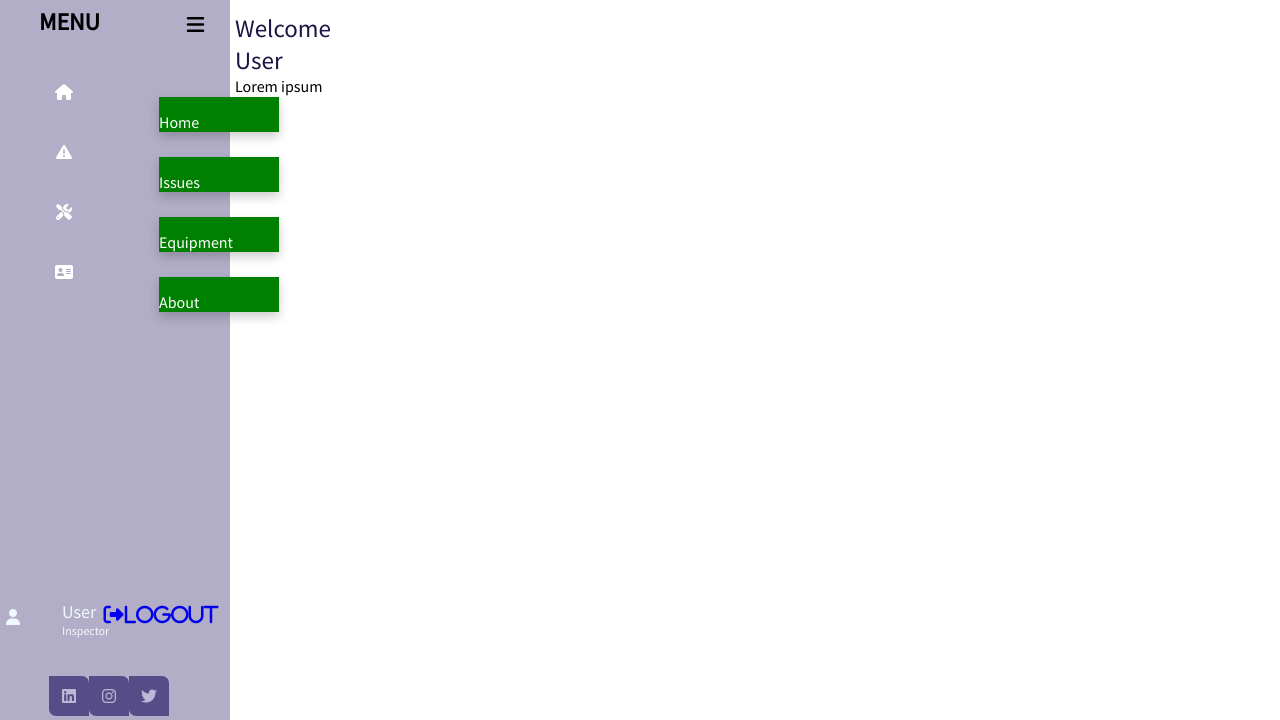
Repository: Lungdjos/ZescoIssueTS
Page: zits/src/main/resources/templates/about_us.html
An editor plug-in stored every save of this project. The page is shown before and after a run of saves, followed by the edit.
The browser window is 1280 px wide. The pictures show the whole page.
Some web libraries are served in a nearby version.

Above is the page before, as saved 2021-07-10 04:46:28.

### zits/src/main/resources/templates/about_us.html
<!DOCTYPE html>
<html lang="en">

<head>
    <meta charset="UTF-8">
    <meta http-equiv="X-UA-Compatible" content="IE=7">
    <meta name="viewport" content="width=device-width, initial-scale=1.0">
    <title>About Us Page</title>
    <link rel="stylesheet" href="/css/styles.css">

    <script src="https://kit.fontawesome.com/953cd41e6c.js" crossorigin="anonymous"></script>
</head>

<body>
    <div class="wrapper">
        <div class="sidebar">
            <div class="logo_content">
                <div class="logo">
                    <h2>Menu</h2>
                </div>
                <i class="fas fa-bars" id="btn"></i>
            </div>


            <ul class="nav_list">

                <li>
                    <a href="#"><i class="fas fa-home"></i><span class="links_name"> Home</span></a>
                </li>
                <li>
                    <a href="#"><i class="fas fa-exclamation-triangle"></i><span class="links_name"> Issues</span></a>
                </li>
                <li>
                    <a href="#"><i class="fas fa-tools"></i><span class="links_name"> Equipment</span></a>
                </li>
                <li>
                    <a href="#"><i class="fas fa-address-card"></i><span class="links_name"> About</span></a>
                </li>

                <div class="social_media">
                    <a href="#"><i class="fab fa-linkedin"></i></a>
                    <a href="#"><i class="fab fa-instagram"></i></a>
                    <a href="#"><i class="fab fa-twitter"></i></a>
                </div>
            </ul>
            <div class="profile_content">
                <div class="profile">
                    <div class="profile_details">
                        <i class="fas fa-user"></i>
                        <div class="role_title">
                            <div class="name">User</div>
                            <div class="role">Inspector</div>
                        </div>
                    </div>
                    <a href="#"><i class="fas fa-sign-out-alt" id="log_out">Logout</i></a>
                </div>
            </div>
            <div class="main_content">
                <div class="header">Welcome User</div>
                <div class="info">Lorem ipsum</div>
            </div>
        </div>
        <h2 style="color: black;">The About Page</h2>
    </div>





</body>

</html>

### zits/src/main/resources/templates/css/styles.css
@import url('https://fonts.googleapis.com/css2?family=Source+Sans+Pro&display=swap');
* {
    margin: 0;
    padding: 0;
    box-sizing: border-box;
    list-style: none;
    text-decoration: none;
    font-family: Source Sans Pro;
}

body {
    position: relative;
    min-height: 100vh;
    width: 100%;
    overflow: hidden;
}

.wrapper {}


/**Side Bar Props*/

.sidebar {
    position: fixed;
    top: 0;
    left: 0;
    height: 100%;
    width: 230px;
    background: #b3aec7;
    padding: 6px 14px;
}

.social_media {
    position: absolute;
    bottom: 4px;
    left: 50%;
    display: flex;
    transform: translateX(-55%);
}

.social_media a {
    display: block;
    width: 40px;
    background: #564c88;
    height: 40px;
    line-height: 40px;
    text-align: center;
    margin: 0, 5px;
    color: #bdb8d7;
    border-top-right-radius: 7px;
    border-bottom-left-radius: 7px;
}

.logo_content .logo {
    margin-right: 5px;
}

.sidebar h2 {
    text-transform: uppercase;
    margin-bottom: 30px;
    margin-left: 25px;
}

.sidebar #btn {
    position: absolute;
    color: #000;
    left: 85%;
    top: 5px;
    font-size: 20px;
    height: 40px;
    width: 40px;
    text-align: center;
    line-height: 40px;
    transform: translateX(-50%);
}

.sidebar ul {
    margin: 20px;
}

.sidebar ul li {
    position: relative;
    height: 60px;
    width: 110%;
    margin: 0 5px;
    list-style: none;
    line-height: 50px;
}

.sidebar ul li a {
    color: #fff;
    display: flex;
    align-items: center;
    text-decoration: none;
    transition: all 0.35s ease;
    border-radius: 12px;
}

.sidebar ul li a .links_name {
    position: absolute;
    height: 35px;
    width: 120px;
    left: 120px;
    background: green;
    box-shadow: 0 5px 10px rgba(0, 0, 0, 0.2);
    top: 50%;
    transform:
}

.sidebar ul li a:hover {
    color: green;
    background: orange;
}

.sidebar ul li a .fas {
    height: 50px;
    min-width: 50px;
    border-radius: 12px;
    line-height: 50px;
    text-align: center;
}

.sidebar .profile_content {
    position: absolute;
    color: aliceblue;
    left: 0;
    bottom: 80px;
    width: 100%;
}

.sidebar .profile_content .profile {
    position: relative;
    padding: 10px 6px;
    height: 50px;
}

.sidebar .profile_content .profile:hover {
    background: greenyellow;
    color: #000;
}

.sidebar .profile_content .profile .profile_details {
    display: flex;
    align-items: center;
}

.profile .profile_details .fas {
    height: 20px;
    width: 50px;
    object-fit: cover;
}

.profile .profile_details .role_title {
    margin-left: 6px;
}

.profile .profile_details .name {
    font-size: 18px;
    font-weight: 400;
}

.profile .profile_details .role {
    font-size: 12px;
    font-weight: 200;
}

.profile #log_out {
    position: absolute;
    left: 70%;
    bottom: 0.01em;
    transform: translateX(-50%);
    transform: rotateY('180');
    min-width: 50px;
    line-height: 50px;
    font-size: 20px;
    border-radius: 12px;
}

.profile #log_out:hover {
    color: red;
}

.main_content {
    top: 0;
    position: absolute;
    height: 100%;
    width: calc(100%-235);
    left: 235px;
}

.main_content .header {
    margin-top: 12px;
    color: #1b1341;
    font-weight: 500;
    font-size: 25px;
}

After the next 3 saves:
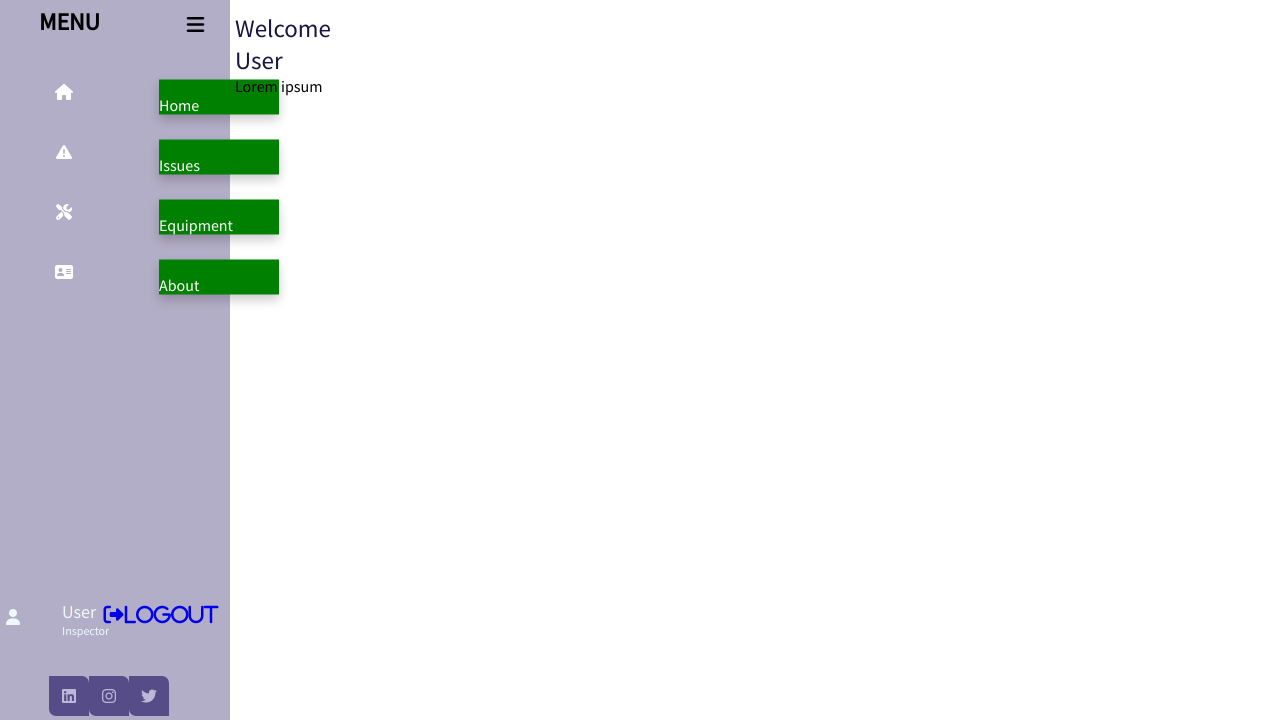
The 3 saves are shown as one change because they came seconds apart.
The last was saved 16 s later.
--- a/zits/src/main/resources/templates/css/styles.css
+++ b/zits/src/main/resources/templates/css/styles.css
@@ -104,7 +104,7 @@
     background: green;
     box-shadow: 0 5px 10px rgba(0, 0, 0, 0.2);
     top: 50%;
-    transform:
+    transform: translateY(-50%);
 }
 
 .sidebar ul li a:hover {
